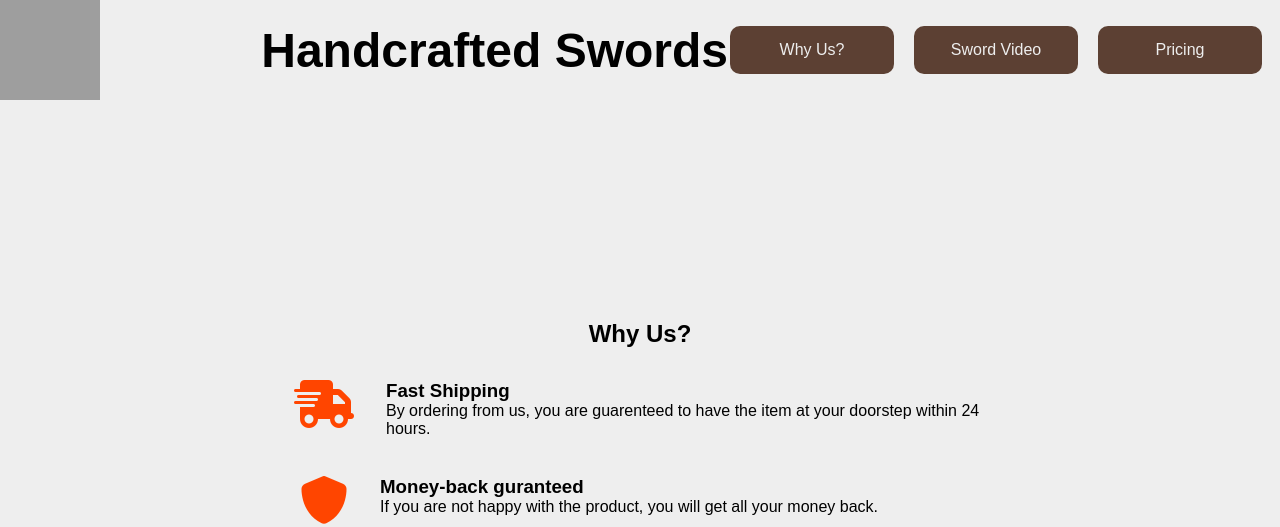
Repository: Pafestivo/Product-Landing-Page
Page: index.html
An editor plug-in stored every save of this project. The page is shown before and after the next save, followed by the edit.
The browser window is 1280 px wide. The pictures show the part of the page from y = 0 to 527 px (the page is 1006 px tall before and 846 px after).
Pictures or frames that could not be fetched are drawn as grey boxes. Some web libraries are served in a nearby version.

Above is the page before, as saved 2022-09-15 17:23:28.

After the next save:
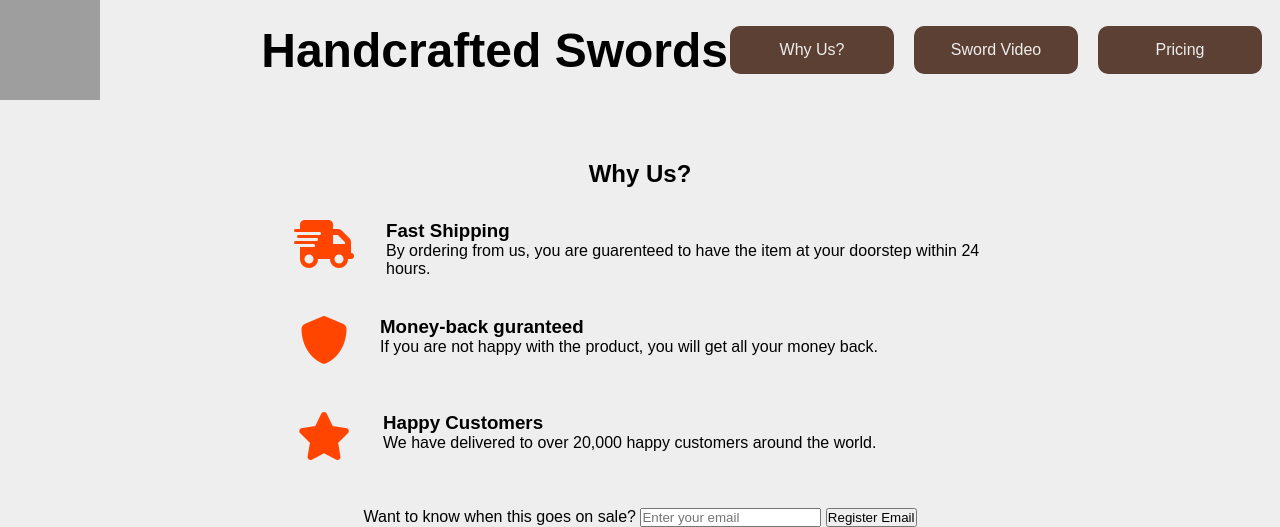
Saved 25 s later.
--- a/styles.css
+++ b/styles.css
@@ -55,7 +55,7 @@
 }
 
 #why-us {
-  padding: 20rem 0 2rem 0;
+  padding: 10rem 0 2rem 0;
 }
 
 .reason {
